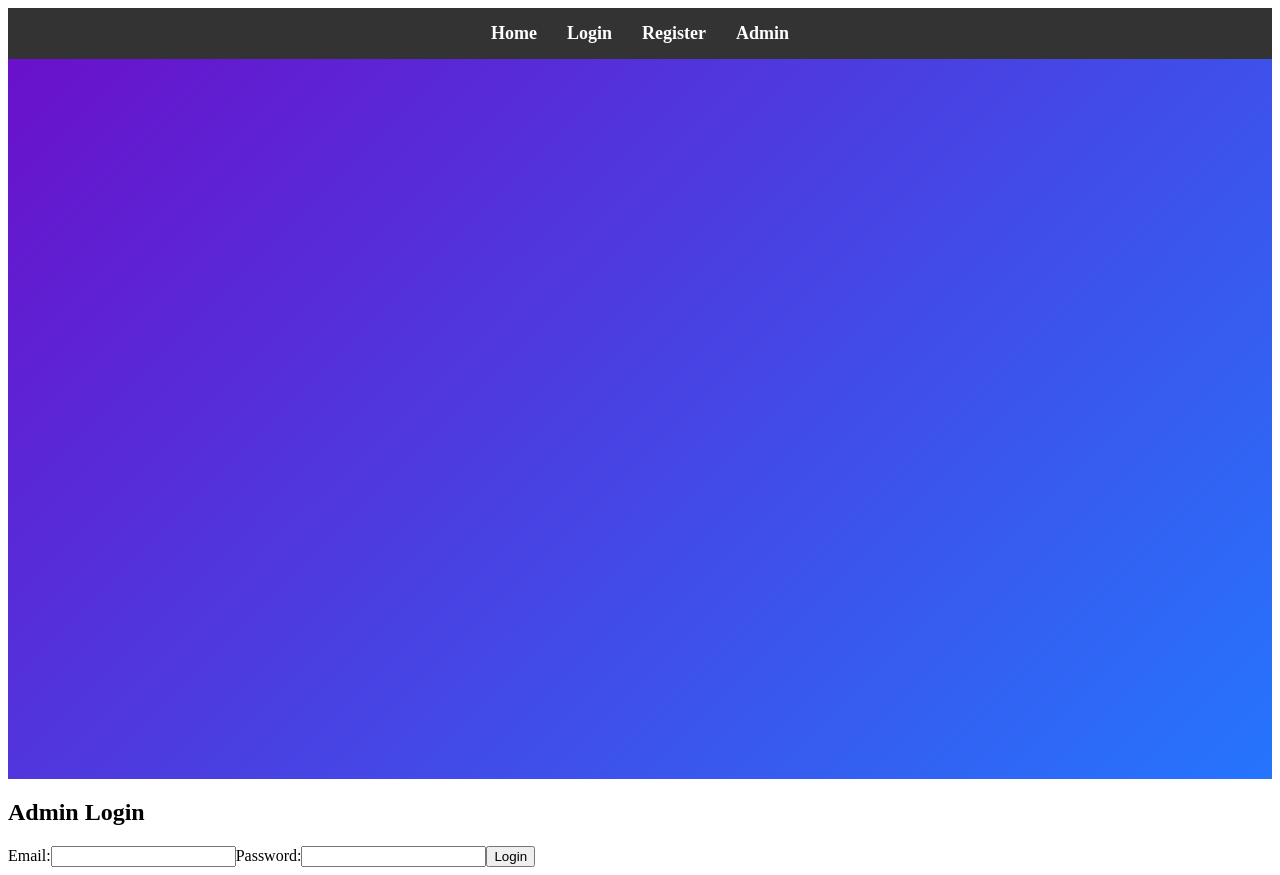
Repository: AhmedIbu/angular-login-app
Page: /admin-login (app in angular-login-app/)
The author's editor kept a copy of each file at every save. The page is drawn from the files as they stood at one save, then again after the next save.
The browser window is 1280 px wide. The pictures show the whole page.
The project was rebuilt for these pictures with package versions that can differ from the ones it lists, and the page was loaded fresh each time. Also part of the build but not shown: angular-login-app/angular.json, angular-login-app/src/app/home/home.component.ts, angular-login-app/src/app/login/login.component.ts, angular-login-app/src/app/register/register.component.ts, angular-login-app/src/app/services/user.service.ts, angular-login-app/src/app/admin-dashboard/admin-dashboard.component.ts, angular-login-app/src/app/user-dashboard/user-dashboard.component.ts.

Above is the page before, as saved 2025-02-21 11:33:46.

### angular-login-app/src/index.html
<!doctype html>
<html lang="en">
<head>
  <meta charset="utf-8">
  <title>AngularLoginApp</title>
  <base href="/">
  <meta name="viewport" content="width=device-width, initial-scale=1">
  <link rel="icon" type="image/x-icon" href="favicon.ico">
</head>
<body>
  <app-root></app-root>
</body>
</html>

### angular-login-app/src/styles.css
/*  app components css   */

/* Style the navigation bar */
.navbar {
  background: #333;
  padding: 15px;
  text-align: center;
}

/* Style the list */
.nav-list {
  list-style: none;
  padding: 0;
  margin: 0;
  display: flex;
  justify-content: center;
}

/* Style the navigation links */
.nav-list li {
  margin: 0 15px;
}

.nav-link {
  text-decoration: none;
  color: white;
  font-size: 18px;
  font-weight: bold;
  transition: color 0.3s ease-in-out;
}

/* Hover effect */
.nav-link:hover {
  color: #385348;
}

/* Responsive design */
@media (max-width: 600px) {
  .nav-list {
    flex-direction: column;
  }

  .nav-list li {
    margin-bottom: 10px;
  }
}

### angular-login-app/src/main.ts
import { bootstrapApplication } from '@angular/platform-browser';
import { appConfig } from './app/app.config';
import { AppComponent } from './app/app.component';
import { provideHttpClient } from '@angular/common/http';

bootstrapApplication(AppComponent, {
  ...appConfig, // ✅ Spread existing config
  providers: [
    ...appConfig.providers, // ✅ Keep existing providers
    provideHttpClient() // ✅ Ensure HTTP client is provided
  ]
}).catch(err => console.error(err));

### angular-login-app/src/app/app.config.ts
import { ApplicationConfig } from '@angular/core';
import { provideRouter, Routes } from '@angular/router';
import { provideHttpClient } from '@angular/common/http';

// ✅ Import standalone components
import { HomeComponent } from './home/home.component';
import { LoginComponent } from './login/login.component';
import { RegisterComponent } from './register/register.component';
import { AdminDashboardComponent } from './admin-dashboard/admin-dashboard.component';
import { AdminLoginComponent } from './admin-login/admin-login.component';
import { UserDashboardComponent } from './user-dashboard/user-dashboard.component';

// ✅ Define routes
const routes: Routes = [
  { path: '', component: HomeComponent}, // Default route
  { path: 'login', component: LoginComponent },
  { path: 'register', component: RegisterComponent },
  { path: 'admin-login', component: AdminLoginComponent },
  { path: 'user-dashboard', component: UserDashboardComponent },
  { path: 'admin-dashboard', component: AdminDashboardComponent },
  { path: '**', redirectTo: 'user-dashboard' } // Catch-all for unknown routes
];

export const appConfig: ApplicationConfig = {
  providers: [
    provideRouter(routes),
    provideHttpClient()
  ]
};

### angular-login-app/src/app/app.component.ts
import { Component } from '@angular/core';
import { RouterModule } from '@angular/router';

@Component({
  selector: 'app-root',
  standalone: true,
  imports: [RouterModule],
  templateUrl: './app.component.html',
  styleUrls: ['./app.component.css','../styles.css']
})
export class AppComponent { }

### angular-login-app/src/app/admin-login/admin-login.component.ts
import { Component } from '@angular/core';
import { Router } from '@angular/router';
import { CommonModule } from '@angular/common';
import { FormsModule } from '@angular/forms';
import { AuthService } from '../services/auth.service';

@Component({
  selector: 'app-admin-login',
  standalone: true,
  templateUrl: './admin-login.component.html',
  styleUrls: ['./admin-login.component.css'],
  imports: [CommonModule, FormsModule],
})
export class AdminLoginComponent {
  email = '';
  password = '';
  errorMessage = '';
  loading = false; // ✅ Added loading state

  constructor(private authService: AuthService, private router: Router) {}

  onAdminLogin() {
    if (!this.email.trim() || !this.password.trim()) {
      this.errorMessage = 'All fields are required!';
      return;
    }

    this.loading = true; // ✅ Disable button while loading
    console.log('🟡 Admin login clicked:', { email: this.email, password: this.password });

    this.authService.adminLogin(this.email, this.password).subscribe({
      next: (response: { success: boolean; token?: string }) => {
        console.log('✅ Admin Login Response:', response);

        if (response.success && response.token) {  // ✅ Ensure token exists
          localStorage.setItem('admin_token', response.token);  // ✅ Store token
          localStorage.setItem('admin', 'true'); // ✅ Ensure localStorage is updated

          alert('Admin Login Successful!');
          setTimeout(() => {
            this.router.navigate(['/admin-dashboard']);
          }, 100);
        } else {
          this.errorMessage = 'Invalid admin credentials!';
        }
      },
      error: (error) => {
        console.error('❌ Admin Login Failed:', error);
        this.errorMessage = error.error?.message || 'Login failed. Please try again.';
      },
      complete: () => {
        this.loading = false; // ✅ Re-enable button
      },
    });
  }
}

### angular-login-app/src/app/app.component.html
<nav class="navbar">
  <ul class="nav-list">
    <li><a routerLink="/" class="nav-link">Home</a></li>
    <li><a routerLink="/login" class="nav-link">Login</a></li>
    <li><a routerLink="/register" class="nav-link">Register</a></li>
    <li><a routerLink="/admin-login" class="nav-link">Admin</a></li>
  </ul>
</nav>

<router-outlet></router-outlet>

### angular-login-app/src/app/services/auth.service.ts
import { Injectable } from '@angular/core';
import { HttpClient, HttpHeaders } from '@angular/common/http';
import { Observable, BehaviorSubject, of } from 'rxjs';
import { map, catchError, tap } from 'rxjs/operators';

@Injectable({
  providedIn: 'root'
})
export class AuthService {
  private apiUrl = 'http://127.0.0.1:5000'; // ✅ Flask API URL
  private isAuthenticated = new BehaviorSubject<boolean>(this.hasToken());

  constructor(private http: HttpClient) {}

  // ✅ Regular User Login (API)
  login(credentials: { email: string; password: string }): Observable<{ success: boolean; token?: string; isAdmin?: boolean }> {
    const headers = new HttpHeaders({ 'Content-Type': 'application/json' });

    return this.http.post<{ token: string; isAdmin: boolean }>(`${this.apiUrl}/login`, credentials, { headers }).pipe(
      tap(response => console.log('✅ User Login API Response:', response)), // ✅ Log API response
      map(response => {
        if (response.token) {
          this.saveToken(response.token);
          localStorage.setItem('isAdmin', JSON.stringify(response.isAdmin));
          return { success: true, token: response.token, isAdmin: response.isAdmin };
        }
        return { success: false };
      }),
      catchError(error => {
        console.error('❌ Login Error:', error);
        return of({ success: false });
      })
    );
  }

  // ✅ Admin Login (API Call)
  adminLogin(email: string, password: string): Observable<{ success: boolean; token?: string }> {
    const headers = new HttpHeaders({ 'Content-Type': 'application/json' });

    return this.http.post<{ success: boolean; token?: string }>(`${this.apiUrl}/admin-login`, { email, password }, { headers }).pipe(
      tap(response => console.log('✅ Admin Login API Response:', response)), // ✅ Log API response
      map(response => {
        if (response.success && response.token) {
          this.saveToken(response.token);
          localStorage.setItem('admin', 'true'); // ✅ Save admin status
          return { success: true, token: response.token };
        }
        return { success: false };
      }),
      catchError(error => {
        console.error('❌ Admin Login Error:', error);
        return of({ success: false });
      })
    );
  }

  // ✅ Save Token
  saveToken(token: string) {
    localStorage.setItem('token', token);
    this.isAuthenticated.next(true);
  }

  // ✅ Retrieve Token
  getToken(): string | null {
    return localStorage.getItem('token');
  }

  // ✅ Check if Token Exists
  hasToken(): boolean {
    return !!localStorage.getItem('token');
  }

  // ✅ Check if Admin is Logged In
  isAdmin(): boolean {
    return localStorage.getItem('admin') === 'true' && this.hasToken();
  }

  // ✅ User Registration
  register(userData: any): Observable<any> {
    return this.http.post(`${this.apiUrl}/register`, userData).pipe(
      tap(response => {
        console.log('✅ Registration successful', response);
        alert('Registration successful! You can now log in.');
      }),
      catchError(error => {
        console.error('❌ Registration failed', error);
        alert('Registration failed. Try again.');
        return of(null);
      })
    );
  }

  // ✅ Logout & Clear Everything
  logout() {
    localStorage.removeItem('token');
    localStorage.removeItem('admin');
    this.isAuthenticated.next(false);
    window.location.reload(); // 🔹 Force refresh to clear session issues
  }

  // ✅ Observe Auth Status (for Guards)
  isAuthenticated$(): Observable<boolean> {
    return this.isAuthenticated.asObservable();
  }
}

### angular-login-app/src/app/admin-login/admin-login.component.html
<div class="admin-login-container"></div>
<div class=""></div>
<h2>Admin Login</h2>
<form (ngSubmit)="onAdminLogin()">
  <label>Email:</label>
  <input type="email" [(ngModel)]="email" name="email" required />

  <label>Password:</label>
  <input type="password" [(ngModel)]="password" name="password" required />

  <button type="submit">Login</button>
  <p *ngIf="errorMessage" style="color: red">{{ errorMessage }}</p>
</form>

### angular-login-app/src/app/admin-login/admin-login.component.css
/* Full-page background with gradient */
.admin-login-container {
    display: flex;
    justify-content: center;
    align-items: center;
    height: 100vh;
    background: linear-gradient(135deg, #6a11cb, #2575fc); /* Same as Register */
    font-family: "Poppins", sans-serif;
  }

  /* Admin login box */
  .admin-login-box {
    background: rgba(255, 255, 255, 0.1);
    padding: 30px;
    border-radius: 10px;
    box-shadow: 0 0 15px rgba(255, 255, 255, 0.2);
    width: 320px;
    text-align: center;
  }

  /* Input fields */
  .admin-login-box input {
    width: 100%;
    padding: 12px;
    margin: 10px 0;
    border: none;
    border-radius: 5px;
    background: rgba(255, 255, 255, 0.2);
    color: #fff;
    font-size: 16px;
    outline: none;
  }

  /* Placeholder text */
  .admin-login-box input::placeholder {
    color: rgba(255, 255, 255, 0.7);
  }

  /* Login button */
  .admin-login-box button {
    width: 100%;
    padding: 12px;
    margin-top: 10px;
    border: none;
    border-radius: 5px;
    background: #ff7eb3; /* Same button color as Register */
    color: white;
    font-size: 18px;
    cursor: pointer;
    transition: 0.3s ease-in-out;
  }

  /* Button hover effect */
  .admin-login-box button:hover {
    background: #ff4f8b;
    transform: scale(1.05);
  }

  /* Admin text */
  .admin-login-box h2 {
    color: white;
    margin-bottom: 15px;
  }

Loaded but not shown: angular-login-app/src/app/app.component.css (no stored copy; drawn as an empty file)

After the next save:
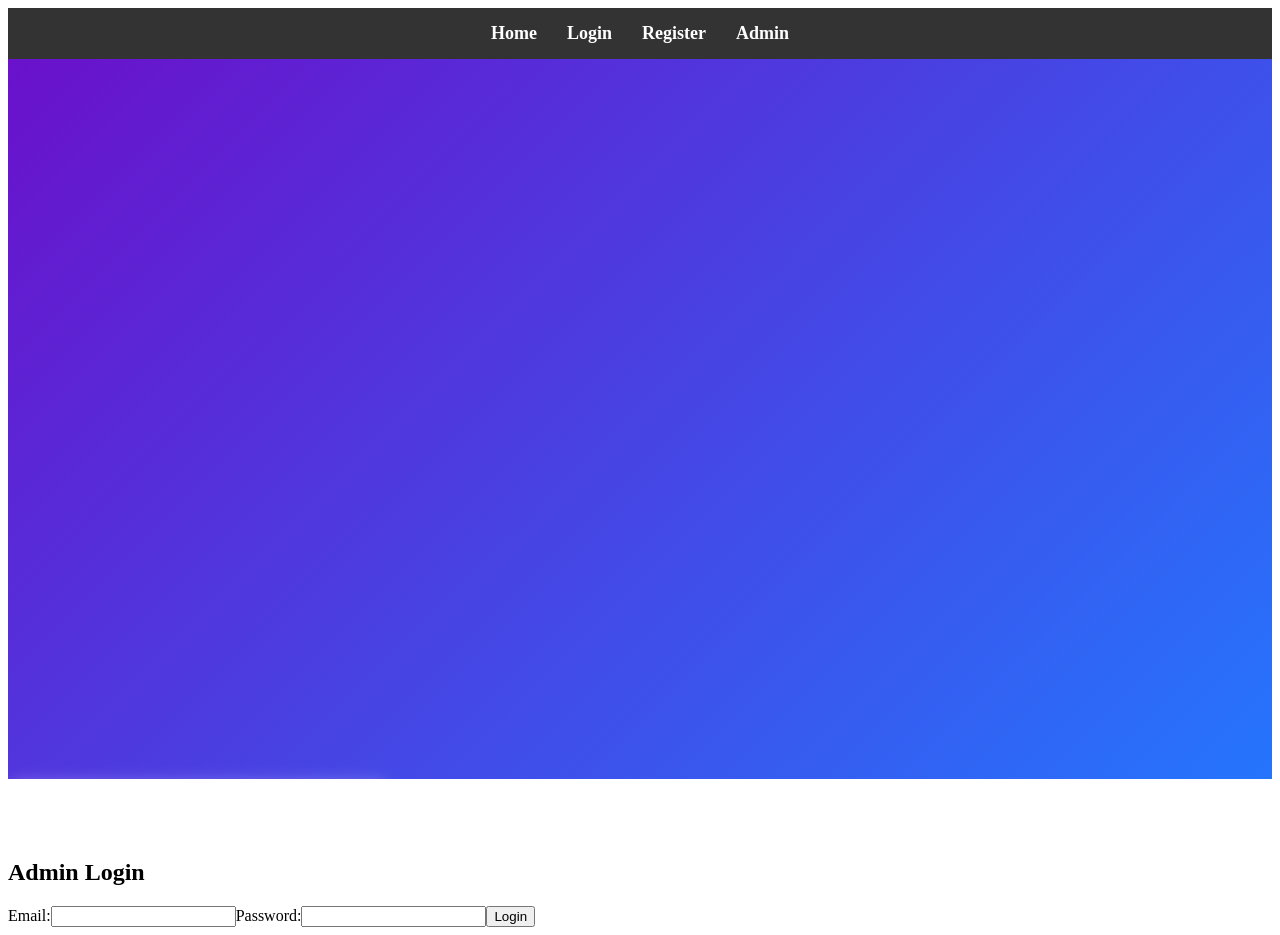
Saved 4 s later.
--- a/angular-login-app/src/app/admin-login/admin-login.component.html
+++ b/angular-login-app/src/app/admin-login/admin-login.component.html
@@ -1,5 +1,5 @@
 <div class="admin-login-container"></div>
-<div class=""></div>
+<div class="admin-login-box"></div>
 <h2>Admin Login</h2>
 <form (ngSubmit)="onAdminLogin()">
   <label>Email:</label>
